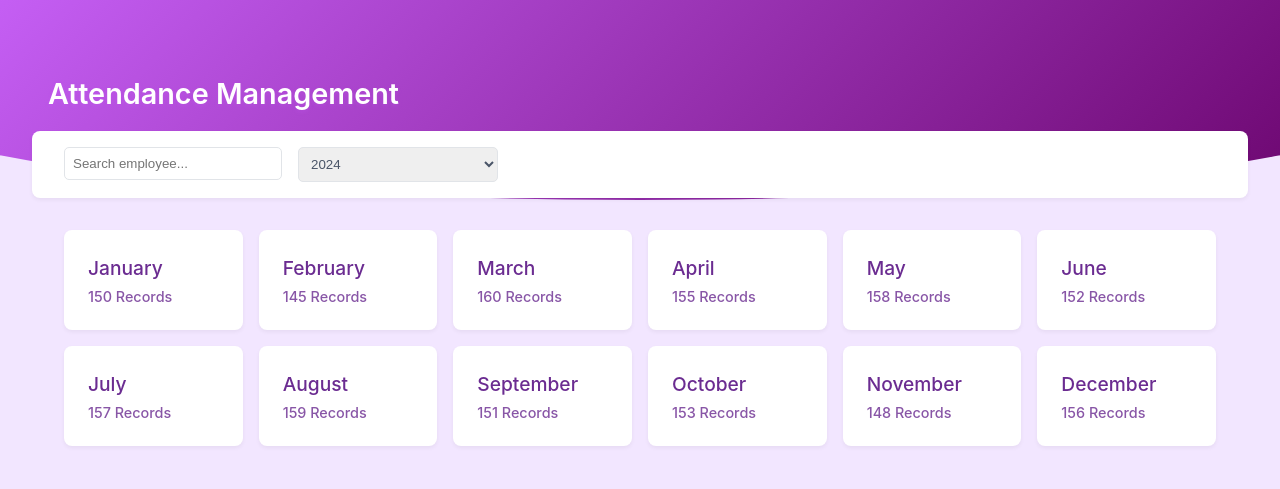
Repository: nino-pixel/payrolllatest
Page: /attendance (app in web_vue/)
These files come from the project's save history. The page is drawn as it stood at one moment and after the next save; the edit follows.
The browser window is 1280 px wide. The pictures show the whole page.
The project was rebuilt for these pictures with package versions that can differ from the ones it lists, and the page was loaded fresh each time. Also part of the build but not shown: web_vue/vite.config.js, web_vue/src/components/login_page.vue, web_vue/src/components/sign_up.vue, web_vue/src/components/dashboard.vue, web_vue/src/components/employee_management.vue, web_vue/src/components/generate_payroll.vue.

Above is the page before, as saved 2024-12-19 01:29:33.

### web_vue/src/main.js
import { createApp } from 'vue'
import './style.css'
import App from './App.vue'
import router from './router'

// ECharts imports
import VChart from 'vue-echarts'
import { use } from 'echarts/core'
import { CanvasRenderer } from 'echarts/renderers'
import { PieChart, LineChart, BarChart, GaugeChart } from 'echarts/charts'
import {
  TitleComponent,
  TooltipComponent,
  LegendComponent,
  GridComponent
} from 'echarts/components'

// Register ECharts components
use([
  CanvasRenderer,
  PieChart,
  LineChart,
  BarChart,
  GaugeChart,
  TitleComponent,
  TooltipComponent,
  LegendComponent,
  GridComponent
])

const app = createApp(App)
app.component('v-chart', VChart)
app.use(router)
app.mount('#app')

### web_vue/src/style.css
:root {
  font-family: Inter, system-ui, Avenir, Helvetica, Arial, sans-serif;
  line-height: 1.5;
  font-weight: 400;
  color-scheme: light dark;
  color: rgba(255, 255, 255, 0.87);
  background-color: #242424;
  font-synthesis: none;
  text-rendering: optimizeLegibility;
  -webkit-font-smoothing: antialiased;
  -moz-osx-font-smoothing: grayscale;
}

body {
  margin: 0;
  padding: 0;
  min-height: 100vh;
  width: 100%;
}

/* Remove the centering and width constraints */
#app {
  max-width: none;
  margin: 0;
  padding: 0;
  width: 100%;
  min-height: 100vh;
}

/* Adjust other styles */
.card {
  padding: 2em;
  width: 100%;
  box-sizing: border-box;
}

button {
  border-radius: 8px;
  border: 1px solid transparent;
  padding: 0.6em 1.2em;
  font-size: 1em;
  font-weight: 500;
  font-family: inherit;
  background-color: #1a1a1a;
  cursor: pointer;
  transition: border-color 0.25s;
}

/* Media query adjustments */
@media (prefers-color-scheme: light) {
  :root {
    color: #213547;
    background-color: #ffffff;
  }
  a:hover {
    color: #747bff;
  }
  button {
    background-color: #f9f9f9;
  }
}

### web_vue/src/App.vue

<template>
 <router-view></router-view>

</template>

<script>
import login_page from './components/login_page.vue'
 // Import the component

export default {
  name: 'App',
  components: {
    login_page,
  }
}
</script>

### web_vue/src/router/index.js
import { createRouter, createWebHistory } from 'vue-router'
import LoginPage from '../components/login_page.vue'
import SignupPage from '../components/sign_up.vue'
import Dashboard from '../components/dashboard.vue'
import EmployeeManagement from '../components/employee_management.vue'
import AttendanceManagement from '../components/attendance_management.vue'
import GeneratePayroll from '../components/generate_payroll.vue'
const routes = [
  {
    path: '/',
    name: 'Login',
    component: LoginPage
  },
  {
    path: '/signup',
    name: 'Signup',
    component: SignupPage
  },
  {
    path: '/dashboard',
    name: 'Dashboard',
    component: Dashboard
  },
  {
    path: '/employees',
    name: 'Employees',
    component: EmployeeManagement
  },
  {
    path: '/attendance',
    name: 'Attendance',
    component: AttendanceManagement
  },
  {
    path: '/generate_payroll',
    name: 'GeneratePayroll',
    component: GeneratePayroll
  }

  // Add other routes here as needed
]

const router = createRouter({
  history: createWebHistory(),
  routes
})

export default router

### web_vue/src/components/attendance_management.vue
<template>
  <div class="attendance-container">
    <div class="wave-bg"></div>

    <div class="content-wrapper">
      <!-- Header Section -->
      <div class="header-section">
        <h1>Attendance Management</h1>
      </div>

      <!-- Search and Filter Section -->
      <div class="search-section">
        <div class="search-box">
          <input
            type="text"
            v-model="searchQuery"
            placeholder="Search employee..."
          >
        </div>
        <div class="filter-box">
          <select v-model="selectedYear">
            <option value="2024">2024</option>
            <option value="2023">2023</option>
            <option value="2022">2022</option>
            <option value="2021">2021</option>
          </select>
        </div>
      </div>

      <!-- Months Grid -->
      <div class="months-grid" v-if="!showRecords">
        <!-- First Row -->
        <div class="month-row">
          <button
            v-for="month in months.slice(0, 6)"
            :key="month.id"
            class="month-btn"
            :class="{ active: selectedMonth === month.id }"
            @click="selectMonth(month)"
          >
            <div class="month-content">
              <span class="month-name">{{ month.name }}</span>
              <span class="attendance-count">{{ month.attendanceCount }} Records</span>
            </div>
          </button>
        </div>

        <!-- Second Row -->
        <div class="month-row">
          <button
            v-for="month in months.slice(6, 12)"
            :key="month.id"
            class="month-btn"
            :class="{ active: selectedMonth === month.id }"
            @click="selectMonth(month)"
          >
            <div class="month-content">
              <span class="month-name">{{ month.name }}</span>
              <span class="attendance-count">{{ month.attendanceCount }} Records</span>
            </div>
          </button>
        </div>
      </div>

      <!-- Attendance Records Table -->
      <div class="records-section" v-if="showRecords">
        <div class="records-header">
          <button class="back-btn" @click="showRecords = false">
            <span>←</span> Back to Months
          </button>
          <h2>{{ selectedMonthName }} {{ selectedYear }} Attendance Records</h2>
          <button class="report-btn" @click="showReportModal = true">
            <i class="fas fa-file-alt"></i> Generate Report
          </button>
        </div>

        <div class="table-container">
          <table>
            <thead>
              <tr>
                <th>Date</th>
                <th>Employee ID</th>
                <th>Name</th>
                <th>Time In</th>
                <th>Time Out</th>
                <th>Status</th>
                <th>Actions</th>
              </tr>
            </thead>
            <tbody>
              <tr v-for="record in filteredRecords" :key="record.id">
                <td>{{ record.date }}</td>
                <td>{{ record.employeeId }}</td>
                <td>{{ record.name }}</td>
                <td>{{ record.timeIn }}</td>
                <td>{{ record.timeOut }}</td>
                <td>
                  <span :class="['status', record.status.toLowerCase()]">
                    {{ record.status }}
                  </span>
                </td>
                <td class="actions">
                  <button @click="editRecord(record)" class="edit-btn">
                    <i class="fas fa-edit"></i>
                  </button>
                </td>
              </tr>
            </tbody>
          </table>
        </div>
      </div>

      <!-- Report Generation Modal -->
      <div class="modal" v-if="showReportModal">
        <div class="modal-content">
          <h2>Generate Attendance Report</h2>

          <div class="report-options">
            <div class="form-group">
              <label>Report Type</label>
              <select v-model="reportSettings.type">
                <option value="monthly">Monthly Report</option>
                <option value="status">Status Report</option>
                <option value="employee">Employee Report</option>
              </select>
            </div>

            <!-- Monthly Report Options -->
            <div class="form-group" v-if="reportSettings.type === 'monthly'">
              <label>Select Month</label>
              <select v-model="reportSettings.month">
                <option v-for="month in months" :key="month.id" :value="month.id">
                  {{ month.name }}
                </option>
              </select>
            </div>

            <!-- Status Report Options -->
            <div class="form-group" v-if="reportSettings.type === 'status'">
              <label>Select Status</label>
              <select v-model="reportSettings.status">
                <option value="present">Present</option>
                <option value="absent">Absent</option>
                <option value="late">Late</option>
                <option value="all">All Statuses</option>
              </select>
            </div>

            <!-- Employee Report Options -->
            <div class="form-group" v-if="reportSettings.type === 'employee'">
              <label>Select Employee</label>
              <select v-model="reportSettings.employeeId">
                <option v-for="emp in employees" :key="emp.id" :value="emp.id">
                  {{ emp.name }}
                </option>
              </select>
            </div>

            <div class="form-group">
              <label>Date Range</label>
              <div class="date-range">
                <input type="date" v-model="reportSettings.startDate">
                <span>to</span>
                <input type="date" v-model="reportSettings.endDate">
              </div>
            </div>

            <div class="form-group">
              <label>File Format</label>
              <select v-model="reportSettings.format">
                <option value="pdf">PDF</option>
                <option value="excel">Excel</option>
                <option value="csv">CSV</option>
              </select>
            </div>
          </div>

          <div class="form-buttons">
            <button class="generate-btn" @click="generateReport">
              Generate Report
            </button>
            <button class="cancel-btn" @click="showReportModal = false">
              Cancel
            </button>
          </div>
        </div>
      </div>
    </div>
  </div>
</template>
  <script>
  export default {
    name: 'AttendanceManagement',
    data() {
      return {
        searchQuery: '',
        selectedYear: '2024',
        selectedMonth: null,
        selectedMonthName: '',
        showRecords: false,
        months: [
          { id: 1, name: 'January', attendanceCount: 150 },
          { id: 2, name: 'February', attendanceCount: 145 },
          { id: 3, name: 'March', attendanceCount: 160 },
          { id: 4, name: 'April', attendanceCount: 155 },
          { id: 5, name: 'May', attendanceCount: 158 },
          { id: 6, name: 'June', attendanceCount: 152 },
          { id: 7, name: 'July', attendanceCount: 157 },
          { id: 8, name: 'August', attendanceCount: 159 },
          { id: 9, name: 'September', attendanceCount: 151 },
          { id: 10, name: 'October', attendanceCount: 153 },
          { id: 11, name: 'November', attendanceCount: 148 },
          { id: 12, name: 'December', attendanceCount: 156 }
        ],
        attendanceRecords: [
          // Sample data - replace with your actual data
          {
            id: 1,
            date: '2024-01-15',
            employeeId: 'EMP001',
            name: 'John Doe',
            timeIn: '08:00 AM',
            timeOut: '05:00 PM',
            status: 'Present'
          },
          // Add more records...
        ],
        showReportModal: false,
      reportSettings: {
        type: 'monthly',
        month: null,
        status: 'all',
        employeeId: null,
        startDate: '',
        endDate: '',
        format: 'pdf'
      },
      employees: [
        { id: 'EMP001', name: 'John Doe' },
        { id: 'EMP002', name: 'Jane Smith' },
        // Add more employees...
      ]

      }
    },
    computed: {
      filteredRecords() {
        return this.attendanceRecords.filter(record => {
          const matchesSearch = record.name.toLowerCase().includes(this.searchQuery.toLowerCase()) ||
                              record.employeeId.toLowerCase().includes(this.searchQuery.toLowerCase())
          return matchesSearch
        })
      }
    },
    methods: {
      selectMonth(month) {
        this.selectedMonth = month.id
        this.selectedMonthName = month.name
        this.showRecords = true
        // Here you would typically fetch the attendance records for the selected month
      },
      editRecord(record) {
        // Implement edit functionality
        console.log('Editing record:', record)
      },
      generateReport() {
      // Implement report generation logic based on reportSettings
      console.log('Generating report with settings:', this.reportSettings)

      // Example implementation
      const reportData = {
        type: this.reportSettings.type,
        parameters: this.reportSettings,
        timestamp: new Date().toISOString()
      }

      // Here you would typically:
      // 1. Call your backend API to generate the report
      // 2. Handle the response (download file, show preview, etc.)
      // 3. Show loading state during generation
      // 4. Handle any errors

      // For now, we'll just close the modal
      this.showReportModal = false
    }

    }
  }
  </script>
  <style scoped>

  .attendance-container {
    min-height: 100vh;
  width: 100vw;
  padding: 0;
  margin: 0;
  background: #f2e6ff;
  position: relative;
  overflow-x: hidden;
}

.wave-bg {
    position: absolute;
  top: 0;
  left: -10%;
  right: -10%;
  width: 120%;
  height: 200px;
  background: linear-gradient(135deg, #cc66ff, #660066);
  border-radius: 0 0 50% 50%;
  z-index: 0;
}
  .content-wrapper {
    position: relative;
    z-index: 1;
    height: 100%;
    display: flex;
    flex-direction: column;
    padding: 1rem;
  }

  .header-section {
    display: flex;
    justify-content: space-between;
    align-items: center;
    padding: 1rem 2rem;
  }
  h1 {
  padding-top: 40px;
  margin-top: 0;
  color: #660066;
  text-align: center;
  position: relative;
  z-index: 1;
  margin-bottom: 40px;
  font-size: 2.5em;
  font-weight: 600;
  text-shadow: 0 2px 4px rgba(204, 102, 255, 0.2);
}
.section {
  margin: 20px;
  background: white;
  border-radius: 12px;
  padding: 25px;
  margin-bottom: 25px;
  box-shadow: 0 4px 6px rgba(102, 0, 102, 0.1);
  position: relative;
  z-index: 1;
  border: 1px solid #e6ccff;
  transition: transform 0.3s ease, box-shadow 0.3s ease;
}

  .header-section h1 {
    color: white;
    font-size: 1.8rem;
    margin: 0;
  }
  body {
  margin: 0;
  padding: 0;
  min-height: 100vh;
  background: #f2e6ff;
}
  .search-section {
    display: flex;
    gap: 1rem;
    padding: 1rem 2rem;
    background: white;
    margin: 0 1rem;
    border-radius: 8px;
    box-shadow: 0 2px 4px rgba(0,0,0,0.05);
  }

  .search-box input,
  .filter-box select {
    padding: 0.5rem;
    border: 1px solid #e1e4e8;
    border-radius: 5px;
    width: 200px;
    color: #4a5568;
  }

  .search-box input:focus,
  .filter-box select:focus {
    outline: none;
    border-color: #6b2c91;
    box-shadow: 0 0 0 2px rgba(107, 44, 145, 0.1);
  }

  .months-grid {
    flex: 1;
    display: flex;
    flex-direction: column;
    gap: 1rem;
    padding: 1rem 2rem;
    margin: 1rem;
  }

  .month-row {
    display: grid;
    grid-template-columns: repeat(6, 1fr);
    gap: 1rem;
  }

  .month-btn {
    background: white;
    border: none;
    border-radius: 8px;
    padding: 1.5rem;
    cursor: pointer;
    transition: all 0.3s ease;
    box-shadow: 0 2px 4px rgba(0,0,0,0.05);
    text-align: left;
    height: 100px;
    color:  #6b2c91;
  }

  .month-btn:hover {
    transform: translateY(-2px);
    box-shadow: 0 4px 6px rgba(0,0,0,0.1);
  }

  .month-btn.active {
    background: #6b2c91;
    color: white;
  }

  .month-content {
    display: flex;
    flex-direction: column;
    gap: 0.5rem;
  }

  .month-name {
    font-size: 1.2rem;
    font-weight: 500;
  }

  .attendance-count {
    font-size: 0.9rem;
    opacity: 0.8;
  }

  .month-btn.active .attendance-count {
    color: rgba(255, 255, 255, 0.9);
  }

  /* Responsive adjustments */
  @media (max-width: 1200px) {
    .month-row {
      grid-template-columns: repeat(3, 1fr);
    }
  }

  @media (max-width: 768px) {
    .month-row {
      grid-template-columns: repeat(2, 1fr);
    }

    .search-section {
      flex-direction: column;
    }

    .search-box input,
    .filter-box select {
      width: 100%;
    }
  }


.records-section {
  flex: 1;
  display: flex;
  flex-direction: column;
  gap: 1rem;
  padding: 1rem 2rem;
  margin: 1rem;
}

.records-header {
  display: flex;
  align-items: center;
  gap: 2rem;
  margin-bottom: 1rem;
}

.back-btn {
  display: flex;
  align-items: center;
  gap: 0.5rem;
  padding: 0.5rem 1rem;
  background: #6b2c91;
  color: white;
  border: none;
  border-radius: 5px;
  cursor: pointer;
  transition: all 0.3s ease;
}

.back-btn:hover {
  background: #5a2578;
}

.records-header h2 {
  color: #2d3748;
  margin: 0;
}

.table-container {
  background: white;
  border-radius: 8px;
  box-shadow: 0 2px 4px rgba(0,0,0,0.05);
  overflow-x: auto;
}

table {
  width: 100%;
  border-collapse: separate;
  border-spacing: 0;
}

th, td {
  padding: 1rem;
  text-align: left;
  border-bottom: 1px solid #e1e4e8;
}

th {
  background: #f8fafc;
  color: #2d3748;
  font-weight: 600;
}

td {
  color: #4a5568;
}

.status {
  padding: 0.25rem 0.75rem;
  border-radius: 15px;
  font-size: 0.875rem;
}

.status.present {
  background: #e6f4ea;
  color: #1e7e34;
}

.status.absent {
  background: #feeced;
  color: #dc3545;
}

.status.late {
  background: #fff3cd;
  color: #856404;
}

.actions {
  display: flex;
  gap: 0.5rem;
}

.edit-btn {
  padding: 0.25rem 0.5rem;
  background: #28a745;
  color: white;
  border: none;
  border-radius: 3px;
  cursor: pointer;
}

.edit-btn:hover {
  background: #218838;
}

.report-section {
  padding: 0 2rem;
  margin-bottom: 1rem;
}

.report-buttons {
  display: flex;
  justify-content: flex-end;
  gap: 1rem;
}

.report-btn {
  display: flex;
  align-items: center;
  gap: 0.5rem;
  padding: 0.5rem 1rem;
  background: #6b2c91;
  color: rgb(15, 12, 12);
  border: none;
  border-radius: 5px;
  cursor: pointer;
  transition: all 0.3s ease;
}

.report-btn:hover {
  background: #5a2578;
  transform: translateY(-1px);
}

.modal {
  position: fixed;
  top: 0;
  left: 0;
  right: 0;
  bottom: 0;
  background: rgba(0, 0, 0, 0.5);
  display: flex;
  justify-content: center;
  align-items: center;
  z-index: 1000;
}

.modal-content {
  background: white;
  padding: 2rem;
  border-radius: 10px;
  width: 500px;
  max-width: 90%;
  max-height: 90vh;
  overflow-y: auto;
}

.report-options {
  margin: 1.5rem 0;
}

.form-group {
  margin-bottom: 1.2rem;
}

.form-group label {
  display: block;
  margin-bottom: 0.5rem;
  font-weight: 500;
  color: #4a5568;
}

.form-group select,
.form-group input {
  width: 100%;
  padding: 0.6rem;
  border: 1px solid #e1e4e8;
  border-radius: 5px;
  color: #2d3748;
}

.date-range {
  display: flex;
  gap: 1rem;
  align-items: center;
}

.date-range input {
  flex: 1;
}

.date-range span {
  color: #4a5568;
}

.form-buttons {
  display: flex;
  gap: 1rem;
  margin-top: 2rem;
}

.generate-btn,
.cancel-btn {
  padding: 0.6rem 1.2rem;
  border: none;
  border-radius: 5px;
  cursor: pointer;
  font-weight: 500;
  transition: all 0.2s ease;
}

.generate-btn {
  background: #6b2c91;
  color: white;
  flex: 2;
}

.cancel-btn {
  background: #dc3545;
  color: white;
  flex: 1;
}

.generate-btn:hover,
.cancel-btn:hover {
  opacity: 0.9;
  transform: translateY(-1px);
}

@media (max-width: 768px) {
  .date-range {
    flex-direction: column;
    gap: 0.5rem;
  }

  .date-range span {
    text-align: center;
  }
}
  </style>

After the next save:
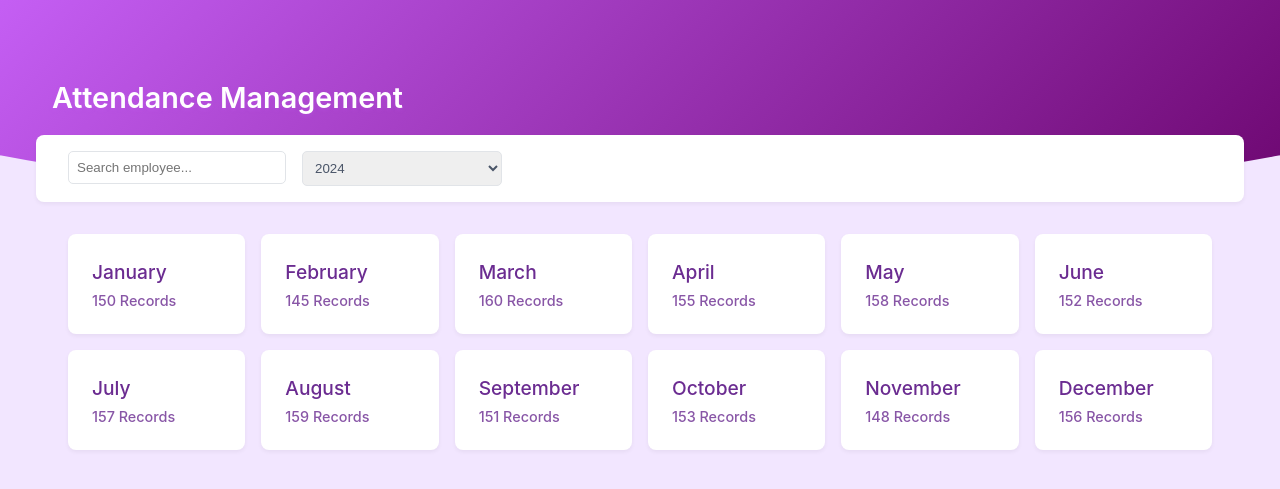
Saved 8 s later.
--- a/web_vue/src/components/attendance_management.vue
+++ b/web_vue/src/components/attendance_management.vue
@@ -310,13 +310,13 @@
   border-radius: 0 0 50% 50%;
   z-index: 0;
 }
-  .content-wrapper {
-    position: relative;
-    z-index: 1;
-    height: 100%;
-    display: flex;
-    flex-direction: column;
-    padding: 1rem;
+.content-wrapper {
+  position: relative;
+  z-index: 1;
+  width: 100%;
+  min-height: 100vh;
+  padding: 20px;
+  box-sizing: border-box;
   }
 
   .header-section {
